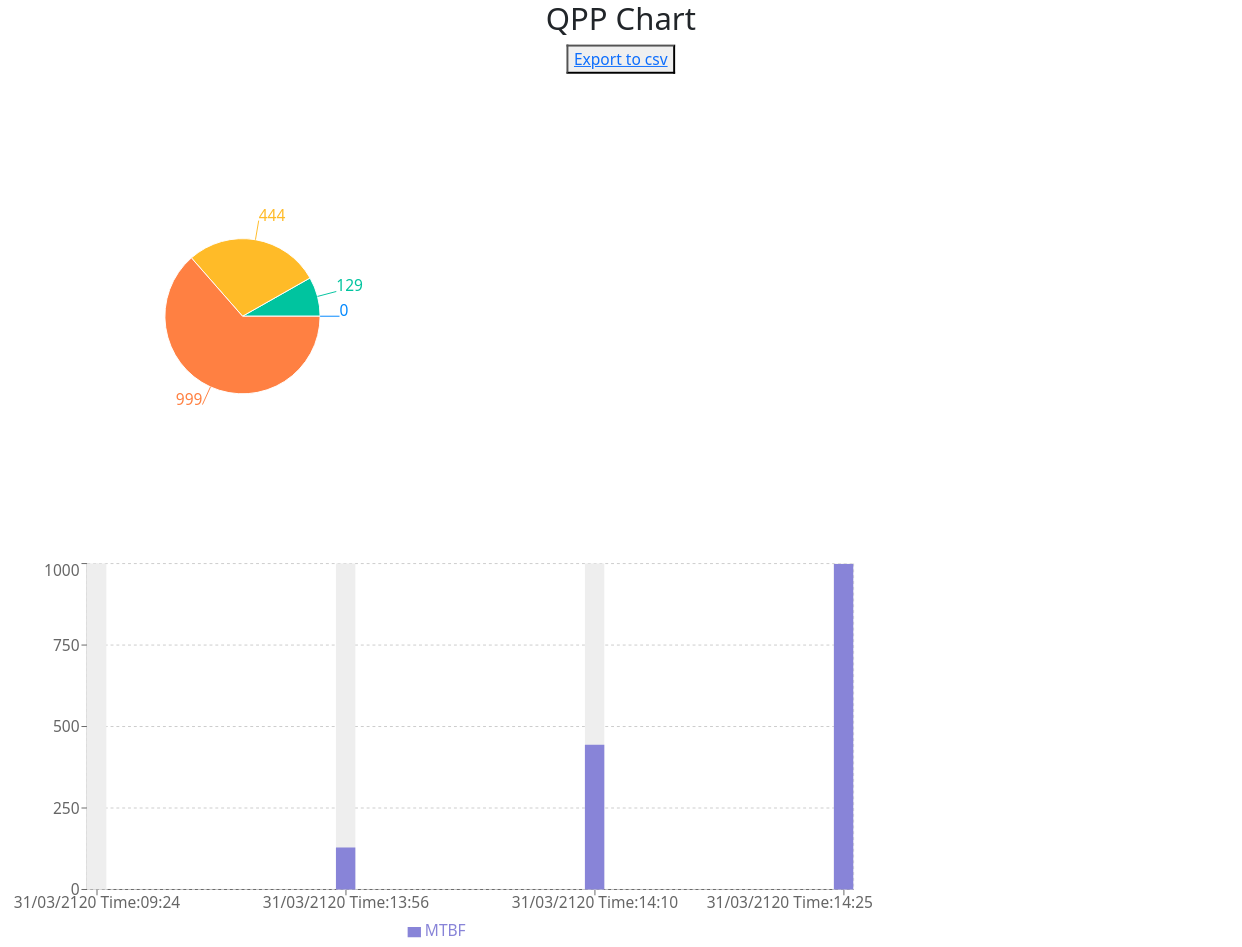
Repository: exiled-kal/ReactChartPrac
Page: /
These files come from the project's save history. The page is drawn as it stood at one moment and after a run of saves; the edit follows.
The browser window is 1280 px wide. The pictures show the whole page, at 97% of full size.
The project was rebuilt for these pictures with package versions that can differ from the ones it lists, and the page was loaded fresh each time.

Above is the page before, as saved 2021-04-18 19:52:57.

### src/App.js
import './App.css';
import {CSVLink} from 'react-csv';

import {
  PieChart,
  Pie,
  Tooltip,
  BarChart,
  Bar,
  XAxis,
  YAxis,
  CartesianGrid,
  Legend,
  Cell,
} from 'recharts';

const data = [
  {
    StartDateTime: '31/03/2120 Time:09:24',
    SystemUpTime: 6,
    OperationTime: 0,
    DownTime: 0,
    IdleTime: 0,
    MTBF: 0,
    MTBA: 0,
    TotalQuantityIn: 0,
    TotalQuantityOut: 0,
    TotalPassed: 0,
    TotalFailed: 0,
    TotalYield: 0,
    SoftJam: 0,
    HardJam: 0,
    SprintUPH: 514,
  },
  {
    LotID: 'QPP_Test',
    ProductType: 'RB',
    StartDateTime: '31/03/2120 Time:13:56',
    SystemUpTime: 499,
    OperationTime: 129,
    DownTime: 0,
    IdleTime: 364,
    MTBF: 129,
    MTBA: 129,
    TotalQuantityIn: 33,
    TotalQuantityOut: 12,
    TotalPassed: 2,
    TotalFailed: 10,
    TotalYield: 16,
    SoftJam: 0,
    HardJam: 0,
    SprintUPH: 514,
  },
  {
    LotID: 'QPP_Test',
    ProductType: 'RB',
    StartDateTime: '31/03/2120 Time:14:10',
    SystemUpTime: 1481,
    OperationTime: 444,
    DownTime: 0,
    IdleTime: 1028,
    MTBF: 444,
    MTBA: 444,
    TotalQuantityIn: 33,
    TotalQuantityOut: 28,
    TotalPassed: 4,
    TotalFailed: 24,
    TotalYield: 14,
    SoftJam: 0,
    HardJam: 0,
    SprintUPH: 514,
  },
  {
    LotID: 'QPP_Test',
    ProductType: 'RB',
    StartDateTime: '31/03/2120 Time:14:25',
    SystemUpTime: 2680,
    OperationTime: 999,
    DownTime: 0,
    IdleTime: 1581,
    MTBF: 999,
    MTBA: 999,
    TotalQuantityIn: 33,
    TotalQuantityOut: 170,
    TotalPassed: 61,
    TotalFailed: 109,
    TotalYield: 35,
    SoftJam: 0,
    HardJam: 0,
    SprintUPH: 514,
  },
];

const COLORS = ['#0088FE', '#00C49F', '#FFBB28', '#FF8042', '#ff0000'];

const csvReport = {
  filename: './data/data.csv',
  data: data,
};

function App() {
  return (
    <div style={{textAlign: 'center'}}>
      <h2>QPP Chart</h2>
      <button className="csv__button">
        <CSVLink {...csvReport}>Export to csv</CSVLink>
      </button>
      <br />
      <div className="App">
        <PieChart width={500} height={500}>
          <Pie
            dataKey="MTBF"
            isAnimationActive={true}
            data={data}
            cx="50%"
            cy="50%"
            outerRadius={80}
            fill="#8884d8"
            label="Start Date Time"
          >
            {data.map((entry, index) => (
              <Cell
                key={`cell-${index}`}
                fill={COLORS[index % COLORS.length]}
              />
            ))}
          </Pie>
          <Tooltip />
        </PieChart>
        <BarChart
          width={900}
          height={400}
          data={data}
          margin={{
            top: 5,
            right: 20,
            left: 30,
            bottom: 5,
          }}
          barSize={20}
        >
          <XAxis
            dataKey="StartDateTime"
            scale="point"
            padding={{left: 10, right: 10}}
          />

          <YAxis />
          <Tooltip />
          <Legend />
          <CartesianGrid strokeDasharray="3 3" />
          <Bar dataKey="MTBF" fill="#8884d8" background={{fill: '#eee'}} />
        </BarChart>
      </div>
    </div>
  );
}

export default App;

### src/App.css
.App {
  text-align: center;
  /* display: flex; */
  justify-content: space-around;
  align-items: center;
  background-color: #ffff;
}

.csv__button {
  background-color
}

.csv__button:hover {
  color: darkkhaki;
  background-color: #ffff;
}

Loaded but not shown: public/index.html (common file); src/index.js (common file); src/index.css (common file); src/reportWebVitals.js (common file)

After the next 5 saves:
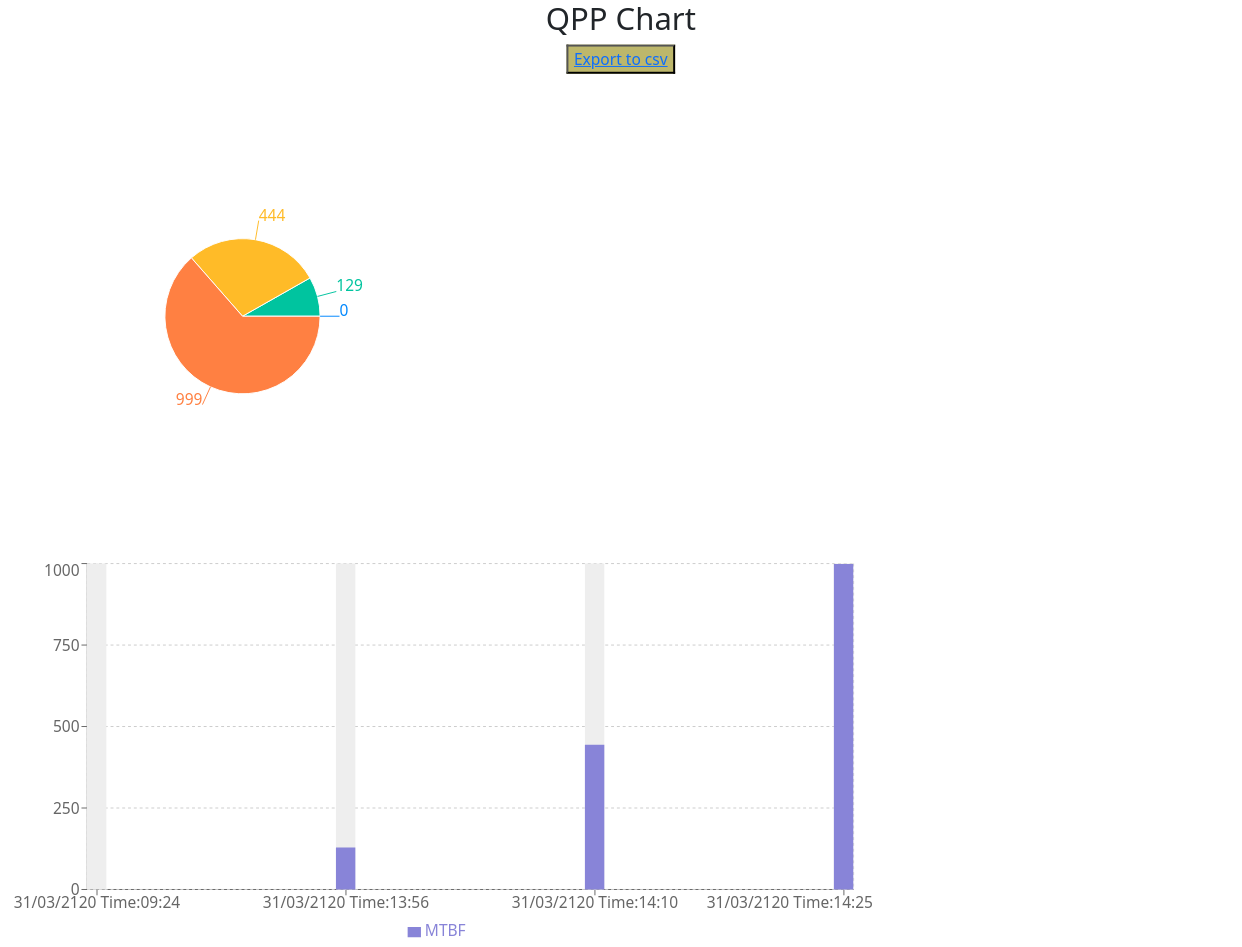
The 5 saves are shown as one change because they came seconds apart.
The last was saved 13 s later.
--- a/src/App.css
+++ b/src/App.css
@@ -7,7 +7,8 @@
 }
 
 .csv__button {
-  background-color
+  background-color: darkkhaki;
+  color: ;
 }
 
 .csv__button:hover {
